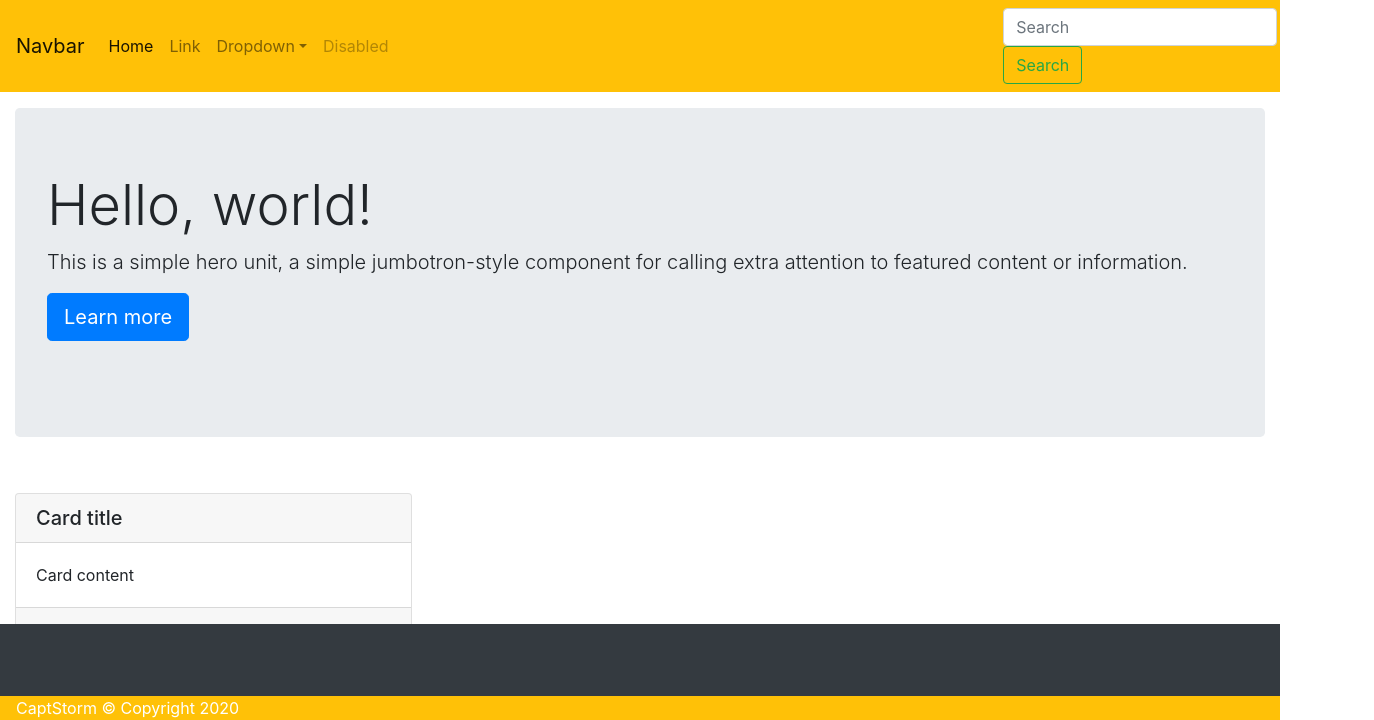
Repository: CaptainStorm21/complete-react16-bootstrap-passing-props
Page: /
These files come from the project's save history. The page is drawn as it stood at one moment and after the next save; the edit follows.
The browser window is 1280 px wide. The page is 1280 px wide, then 1374 px, so the pictures cover 1374 px, including what lies to the right of the window. The pictures show the whole page.
The project was rebuilt for these pictures with package versions that can differ from the ones it lists, and the page was loaded fresh each time.

Above is the page before, as saved 2020-04-23 14:22:06.

After the next save:
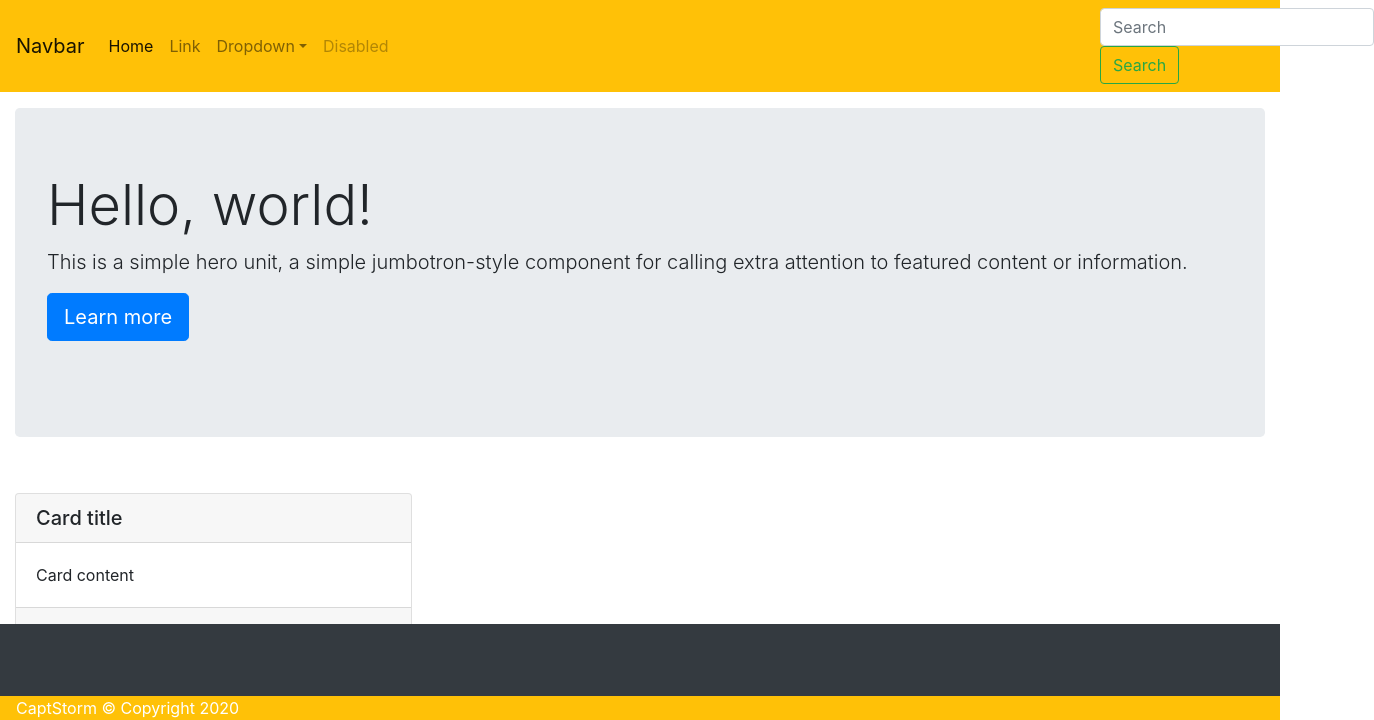
Saved 5 s later.
--- a/src/components/layout/Navbar.js
+++ b/src/components/layout/Navbar.js
@@ -32,7 +32,7 @@ function Navbar() {
               <a className="nav-link disabled" href="/">Disabled</a>
             </li>
           </ul>
-          <div className = "pull-right col-3">
+          <div className = "pull-right col-2">
           <form className="form-inline  col-2">
             <input className="form-control " type="search" placeholder="Search" aria-label="Search" />
             <button className="btn btn-outline-success" type="submit">Search</button>
